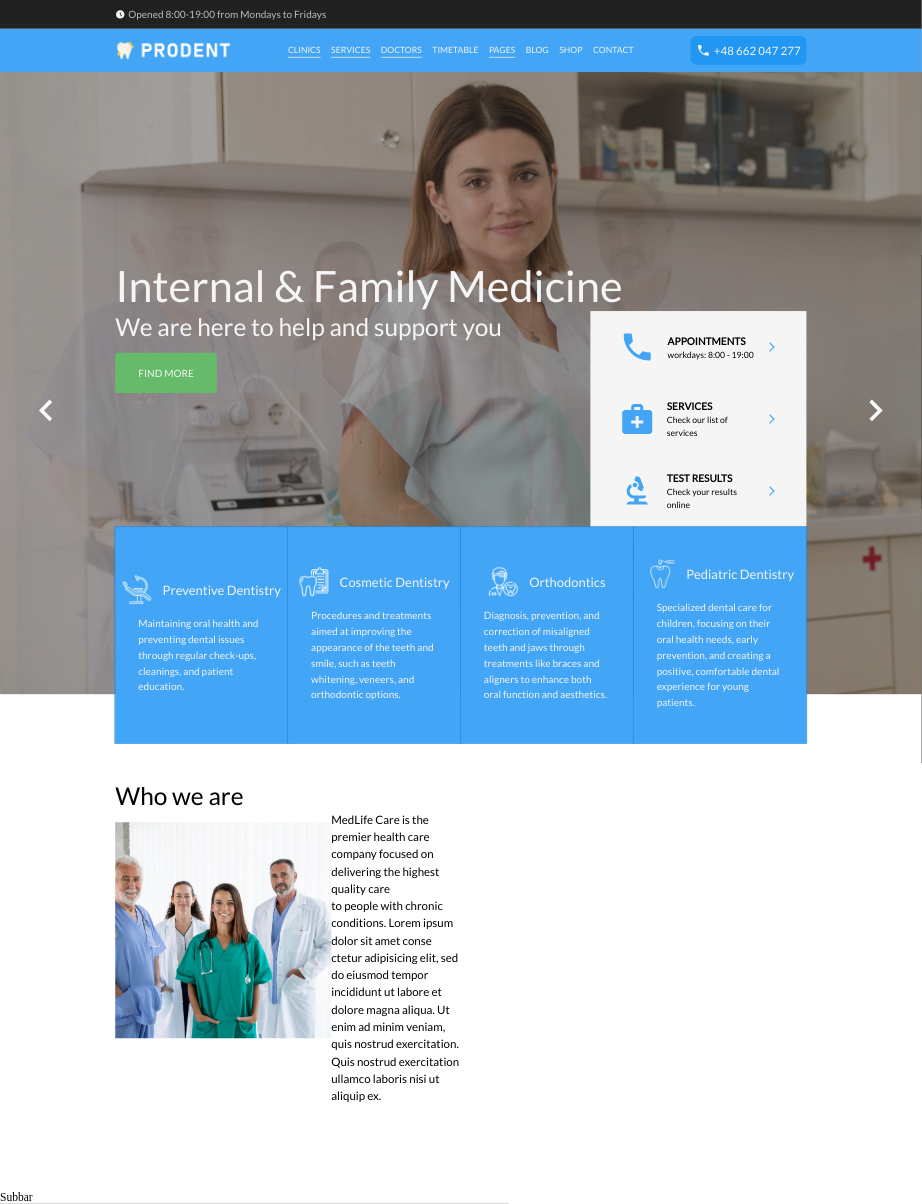
Repository: princ3-web/8
Page: /
These files come from the project's save history. The page is drawn as it stood at one moment and after a run of saves; the edit follows.
The browser window is 1280 px wide. The pictures show the whole page, at 72% of full size.
The project was rebuilt for these pictures with package versions that can differ from the ones it lists, and the page was loaded fresh each time. Also part of the build but not shown: vite.config.js, src/subpages/About.jsx, src/index.css.

Above is the page before, as saved 2023-11-02 15:17:06.

### index.html
<!doctype html>
<html lang="en">
  <head>
    <meta charset="UTF-8" />
    <link rel="icon" type="image/svg+xml" href="/vite.svg" />
    <meta name="viewport" content="width=device-width, initial-scale=1.0" />
    <title>Vite + React</title>
    <link rel="preconnect" href="https://fonts.googleapis.com">
    <link rel="preconnect" href="https://fonts.gstatic.com" crossorigin>
    <link href="https://fonts.googleapis.com/css2?family=Lato&display=swap" rel="stylesheet">
  </head>
  <body>
    <div id="root"></div>
    <script type="module" src="/src/main.jsx"></script>
  </body>
</html>

### src/App.jsx
import "./App.css";
import { Box } from "@mui/material";
import { Route, Routes } from "react-router-dom";
import Home from "./subpages/Home";
import About from "./subpages/About";
import Navbar from "./components/Navbar";
import Subbar from "./components/Subbar";
import { createTheme, ThemeProvider } from "@mui/material/styles";

function App() {

  const theme = createTheme({
    typography: {
      fontFamily: "Lato, sans-serif",
    },
  });



  return (
    <ThemeProvider theme={theme}>
    <Box>

      <Navbar />

      <Routes>
        <Route path="/" element={<Home />} />
        <Route path="/about" element={<About />} />
      </Routes>
      <Subbar />
    </Box>
    </ThemeProvider>
  );
}

export default App;

### src/App.css
body {
  padding: 0;
  margin: 0;
  overflow-x: "hidden";
}

### src/subpages/Home.jsx
import React, { useEffect, useState } from "react";
import { Box, CardMedia, Typography, Button, Fade } from "@mui/material";
import image1 from "../assets/images/1.jpg";
import image2 from "../assets/images/2.jpg";
import image3 from "../assets/images/3.jpg";
import image4 from "../assets/images/4.jpg";
import { green, grey, blue } from "@mui/material/colors";
import PhoneIcon from "@mui/icons-material/Phone";
import MedicalServicesIcon from "@mui/icons-material/MedicalServices";
import BiotechIcon from "@mui/icons-material/Biotech";
import ArrowForwardIosIcon from "@mui/icons-material/ArrowForwardIos";
import icon1 from "../assets/icons/1.png";
import icon2 from "../assets/icons/2.png";
import icon3 from "../assets/icons/3.png";
import icon4 from "../assets/icons/4.png";
import SingleCarousel from "../components/SingleCarousel";

const Menu = () => {
  const items0 = [
    {
      title: "Preventive Dentistry",
      text: "Maintaining oral health and preventing dental issues through regular check-ups, cleanings, and patient education.",
      icon: icon1,
    },
    {
      title: "Cosmetic Dentistry",
      text: "Procedures and treatments aimed at improving the appearance of the teeth and smile, such as teeth whitening, veneers, and orthodontic options.",
      icon: icon2,
    },
    {
      title: "Orthodontics",
      text: "Diagnosis, prevention, and correction of misaligned teeth and jaws through treatments like braces and aligners to enhance both oral function and aesthetics.      ",
      icon: icon3,
    },
    {
      title: "Pediatric Dentistry",
      text: "Specialized dental care for children, focusing on their oral health needs, early prevention, and creating a positive, comfortable dental experience for young patients.      ",
      icon: icon4,
    },
  ];

  const items1 = [
    {
      title: "APPOINTMENTS",
      text: "workdays: 8:00 - 19:00",
      icon: <PhoneIcon sx={{ color: blue[400], fontSize: "50px", mr: "1rem" }} />,
    },
    {
      title: "SERVICES",
      text: "Check our list of services",
      icon: <MedicalServicesIcon sx={{ color: blue[400], fontSize: "50px", mr: "1rem" }} />,
    },
    {
      title: "TEST RESULTS",
      text: "Check your results online",
      icon: <BiotechIcon sx={{ color: blue[400], fontSize: "50px", mr: "1rem" }} />,
    },
  ];

  return (
    <Box
      sx={{
        position: "absolute",
        display: "flex",
        flexDirection: "column",
        alignItems: "flex-end",
        boxSizing: "border-box",
        top: "60%",
        px: "160px",
        width: "100%",
      }}
    >
      <Box
        sx={{
          display: "flex",
          flexDirection: "column",
          justifyContent: "space-evenly",
          alignItems: "center",
          backgroundColor: grey[100],
          width: "300px",
          height: "300px",
        }}
      >
        {items1.map((item) => (
          <Box
            sx={{
              display: "flex",
              alignItems: "center",
              justifyContent: "space-between",
              width: "100%",
              height: "33%",
              boxSizing: "border-box",
              px: "40px",
              transition: "0.25s",
              ":hover": {
                backgroundColor: grey[300],
                cursor: "pointer",
              },
            }}
          >
            {item.icon}
            <Box>
              <Typography sx={{ fontSize: "14px", fontWeight: 600 }}>{item.title}</Typography>
              <Typography sx={{ fontSize: "12px" }}>{item.text}</Typography>
            </Box>
            <ArrowForwardIosIcon sx={{ color: blue[400], fontSize: "16px", ml: "1rem" }} />
          </Box>
        ))}
      </Box>
      <Box sx={{ display: "flex", width: "100%" }}>
        {items0.map((item) => (
          <Box
            sx={{
              display: "flex",
              flexDirection: "column",
              justifyContent: "center",
              alignItems: "center",
              backgroundColor: blue[400],
              width: "300px",
              height: "300px",
              outline: "1px solid " + blue[600],
              transition: "0.25s",
              ":hover": {
                backgroundColor: blue[500],
                cursor: "pointer",
              },
            }}
          >
            <Box sx={{ display: "flex", alignItems: "center", mb: "1rem" }}>
              <CardMedia
                component="img"
                src={item.icon}
                alt=""
                sx={{ width: "40px", mr: "1rem" }}
              />
              <Typography color={grey[100]} sx={{ fontSize: "18px" }}>
                {item.title}
              </Typography>
            </Box>
            <Typography color={grey[100]} variant="subtitle2" sx={{ px: "2rem" }}>
              {item.text}
            </Typography>
          </Box>
        ))}
      </Box>
    </Box>
  );
};

const Home = () => {
  const items0 = [
    {
      title: "Preventive Dentistry",
      text: "Maintaining oral health and preventing dental issues through regular check-ups, cleanings, and patient education.",
      icon: icon1,
    },
    {
      title: "Cosmetic Dentistry",
      text: "Procedures and treatments aimed at improving the appearance of the teeth and smile, such as teeth whitening, veneers, and orthodontic options.",
      icon: icon2,
    },
    {
      title: "Orthodontics",
      text: "Diagnosis, prevention, and correction of misaligned teeth and jaws through treatments like braces and aligners to enhance both oral function and aesthetics.      ",
      icon: icon3,
    },
    {
      title: "Pediatric Dentistry",
      text: "Specialized dental care for children, focusing on their oral health needs, early prevention, and creating a positive, comfortable dental experience for young patients.      ",
      icon: icon4,
    },
  ];

  const items1 = [
    {
      title: "APPOINTMENTS",
      text: "workdays: 8:00 - 19:00",
      icon: <PhoneIcon sx={{ color: blue[400], fontSize: "50px", mr: "1rem" }} />,
    },
    {
      title: "SERVICES",
      text: "Check our list of services",
      icon: <MedicalServicesIcon sx={{ color: blue[400], fontSize: "50px", mr: "1rem" }} />,
    },
    {
      title: "TEST RESULTS",
      text: "Check your results online",
      icon: <BiotechIcon sx={{ color: blue[400], fontSize: "50px", mr: "1rem" }} />,
    },
  ];

  const [currentImageIndex, setCurrentImageIndex] = useState(0);

  useEffect(() => {
    const interval = setInterval(() => {
      const nextIndex = (currentImageIndex + 1) % images.length;
      setCurrentImageIndex(nextIndex);
    }, 4000);

    return () => {
      clearInterval(interval);
    };
  }, [currentImageIndex]);

  const images = [image1, image2, image3, image4];

  return (
    <Box>
      <SingleCarousel images={images} />

      <Box sx={{ position: "absolute", top: "50%", left: "160px", zIndex: 1 }}>
        <Typography variant="h2" sx={{ color: grey[100] }}>
          Internal & Family Medicine
        </Typography>
        <Typography variant="h4" sx={{ color: grey[100] }}>
          We are here to help and support you
        </Typography>
        <Button
          sx={{
            backgroundColor: green[400],
            color: grey[100],
            py: "1rem",
            px: "2rem",
            mt: "1rem",
            "&:hover": {
              backgroundColor: green[700],
              cursor: "pointer",
            },
          }}
        >
          FIND MORE
        </Button>
      </Box>
      <Menu />
      <Box sx={{ boxSizing: "border-box", px: "160px", py: "120px" }}>
        <Typography variant="h4">Who we are</Typography>
        <Box sx={{ display: "flex",  width:"50%" }}>
          <CardMedia
            component="img"
            src={image1}
            alt=""
            sx={{ width: "300px", height: "300px", mt: "1rem" }}
          />
          <Box>
            <Typography>
              MedLife Care is the premier health care company focused on delivering the highest
              quality care
            </Typography>

          <Typography>
            to people with chronic conditions. Lorem ipsum dolor sit amet conse ctetur adipisicing
            elit, sed do eiusmod tempor incididunt ut labore et dolore magna aliqua. Ut enim ad
            minim veniam, quis nostrud exercitation. Quis nostrud exercitation ullamco laboris nisi
            ut aliquip ex.
          </Typography>
          </Box>
        </Box>
      </Box>
    </Box>
  );
};

export default Home;

### src/components/Navbar.jsx
import React from "react";
import { Box, Typography, CardMedia, Menu, MenuItem } from "@mui/material";
import { blue, grey } from "@mui/material/colors";
import PhoneIcon from "@mui/icons-material/Phone";
import AccessTimeFilledIcon from "@mui/icons-material/AccessTimeFilled";
import logo from "../assets/icons/logo.png";

const Navbar = () => {
  const items = [
    { name: "CLINICS", items: ["Dental Clinic 1", "Dental Clinic 2", "Dental Clinic 3"] },
    { name: "SERVICES", items: ["Orthodontics", "Cosmetic Dentistry", "Preventive Dentistry"] },
    { name: "DOCTORS", items: ["Dentist 1", "Dentist 2", "Dentist 3"] },
    { name: "TIMETABLE", items: [] },
    { name: "PAGES", items: ["Home Page", "About Us", "Services Page"] },
    { name: "BLOG", items: [] },
    { name: "SHOP", items: [] },
    {
      name: "CONTACT",
      items: [],
    },
  ];

  const handleMenuItemHover = (event, index) => {
    const dropdownMenu = event.currentTarget.querySelector(".dropdown-menu");
    if (dropdownMenu) {
      dropdownMenu.style.visibility = "visible";
      dropdownMenu.style.filter = "opacity(1)";
    }
  };

  const handleMenuItemLeave = (event) => {
    const dropdownMenu = event.currentTarget.querySelector(".dropdown-menu");
    if (dropdownMenu) {
      dropdownMenu.style.visibility = "hidden";
      dropdownMenu.style.filter = "opacity(0)";
    }
  };

  return (
    <Box sx={{ position: "relative", zIndex: 2 }}>
      <Box
        sx={{
          display: "flex",
          alignItems: "center",
          height: "40px",
          width: "100%",
          backgroundColor: grey[900],
          pl: "160px",
          boxSizing: "border-box",
        }}
      >
        <AccessTimeFilledIcon sx={{ color: grey[100], fontSize: "14px", mr: "0.25rem" }} />
        <Typography color={grey[400]} variant="subtitle2">
          Opened 8:00-19:00 from Mondays to Fridays
        </Typography>
      </Box>
      <Box
        sx={{
          display: "flex",
          justifyContent: "space-between",
          alignItems: "center",
          boxSizing: "border-box",
          px: "160px",
          backgroundColor: blue[400],
          height: "60px",
        }}
      >
        <Box>
          <CardMedia component="img" src={logo} alt="" sx={{ height: "30px" }} />
        </Box>
        <Box
          sx={{
            display: "flex",
            justifyContent: "space-between",
            alignItems: "center",
            width: "50%",
            height: "100%",
          }}
        >
          {items.map((item, index) => (
            <Box
              key={index}
              onMouseEnter={(e) => handleMenuItemHover(e, index)}
              onMouseLeave={handleMenuItemLeave}
              sx={{ display: "flex", alignItems: "center", height: "100%" }}
            >
              <Typography
                sx={{
                  color: grey[100],
                  textDecoration: item.items.length < 1 ? "none" : "underline",
                  textUnderlineOffset:"5px",
                  fontSize: "12px",
                  ":hover": { cursor: "pointer", color: blue[100] },
                }}
              >
                {item.name}
              </Typography>
              <Box
                className="dropdown-menu"
                sx={{
                  visibility: "hidden",
                  position: "absolute",
                  backgroundColor: grey[100],
                  transition: "0.5s",
                  filter: "opacity(0)",
                  fontSize: "12px",
                  mt: "190px",
                  ml: "-10px",
                  py:"0.5rem",
                }}
              >
                {item.items.map((item) => (

                  <MenuItem sx={{ fontSize: "12px", p:"1rem", pr:"7rem" }}>{item}</MenuItem>
                ))}
              </Box>
            </Box>
          ))}
        </Box>
        <Box
          sx={{
            display: "flex",
            alignItems: "center",
            p: "0.5rem",
            borderRadius: ".5rem",
            backgroundColor: blue[500],
          }}
        >
          <PhoneIcon sx={{ color: grey[100], fontSize: "20px", mr: "0.25rem" }} />
          <Typography color={grey[100]}>+48 662 047 277</Typography>
        </Box>
      </Box>
    </Box>
  );
};

export default Navbar;

### src/components/Subbar.jsx
import React from 'react'

const Subbar = () => {
  return (
    <div>Subbar</div>
  )
}

export default Subbar

### src/components/SingleCarousel.jsx
import React, { useState, useEffect } from "react";
import KeyboardArrowLeftIcon from "@mui/icons-material/KeyboardArrowLeft";
import KeyboardArrowRightIcon from "@mui/icons-material/KeyboardArrowRight";
import IconButton from "@mui/material/IconButton";
import Box from "@mui/material/Box";
import { grey } from "@mui/material/colors";
import { CardMedia } from "@mui/material";

const SingleCarousel = ({ images }) => {
  const [index, setIndex] = useState(0);
  const [transition, setTransition] = useState(false);
  const [hover, setHover] = useState(false);

  useEffect(() => {
    const interval = setInterval(() => {
      setIndex((state) => (state === images.length - 1 ? 0 : state + 1));
    }, 5000);

    return () => {
      clearInterval(interval);
    };
  }, [hover]);

  const handlePrevious = () => {
    if (!transition) {
      setTransition(true);
      setIndex((state) => (state > 0 ? setIndex(state - 1) : setIndex(images.length - 1)));
      setTimeout(() => setTransition(false), 500);
    }
  };

  const handleNext = () => {
    if (!transition) {
      setTransition(true);
      setIndex((state) => (state < images.length - 1 ? setIndex(state + 1) : setIndex(0)));
      setTimeout(() => setTransition(false), 500);
    }
  };

  return (
    <Box height={"120vh"} sx={{ position: "relative", overflow: "hidden", backgroundColor: grey[900] }}>
      {images.map((item, n) => (
        <Box
          sx={{
            position: "absolute",
            justifyContent: "center",
            alignContent: "center",
            width: "100%",
            height: "100%",
            transition: "2s",
            filter: n === index ? "Opacity(1)" : "Opacity(0)",
          }}
        >
          <CardMedia
            component="img"
            src={item}
            sx={{ height: "100%", filter: "brightness(0.8)" }}
          />

        </Box>
      ))}
      <Box
        sx={{
          position: "absolute",
          display: "flex",
          justifyContent: "space-between",
          width: "96%",
          left: "2%",
          top: "50%",
        }}
      >
        <IconButton
          onClick={handlePrevious}
          onMouseOver={() => setHover(true)}
          onMouseLeave={() => setHover(false)}
        >
          <KeyboardArrowLeftIcon style={{ color: grey[50], zIndex: 10, fontSize: 60 }} />
        </IconButton>
        <IconButton
          onClick={handleNext}
          onMouseOver={() => setHover(true)}
          onMouseLeave={() => setHover(false)}
        >
          <KeyboardArrowRightIcon style={{ color: grey[50], zIndex: 10, fontSize: 60 }} />
        </IconButton>
      </Box>
    </Box>
  );
};

export default SingleCarousel;

Loaded but not shown: src/main.jsx (common file); src/index.css (no copy from this time; the picture is the same without it)

After the next 6 saves:
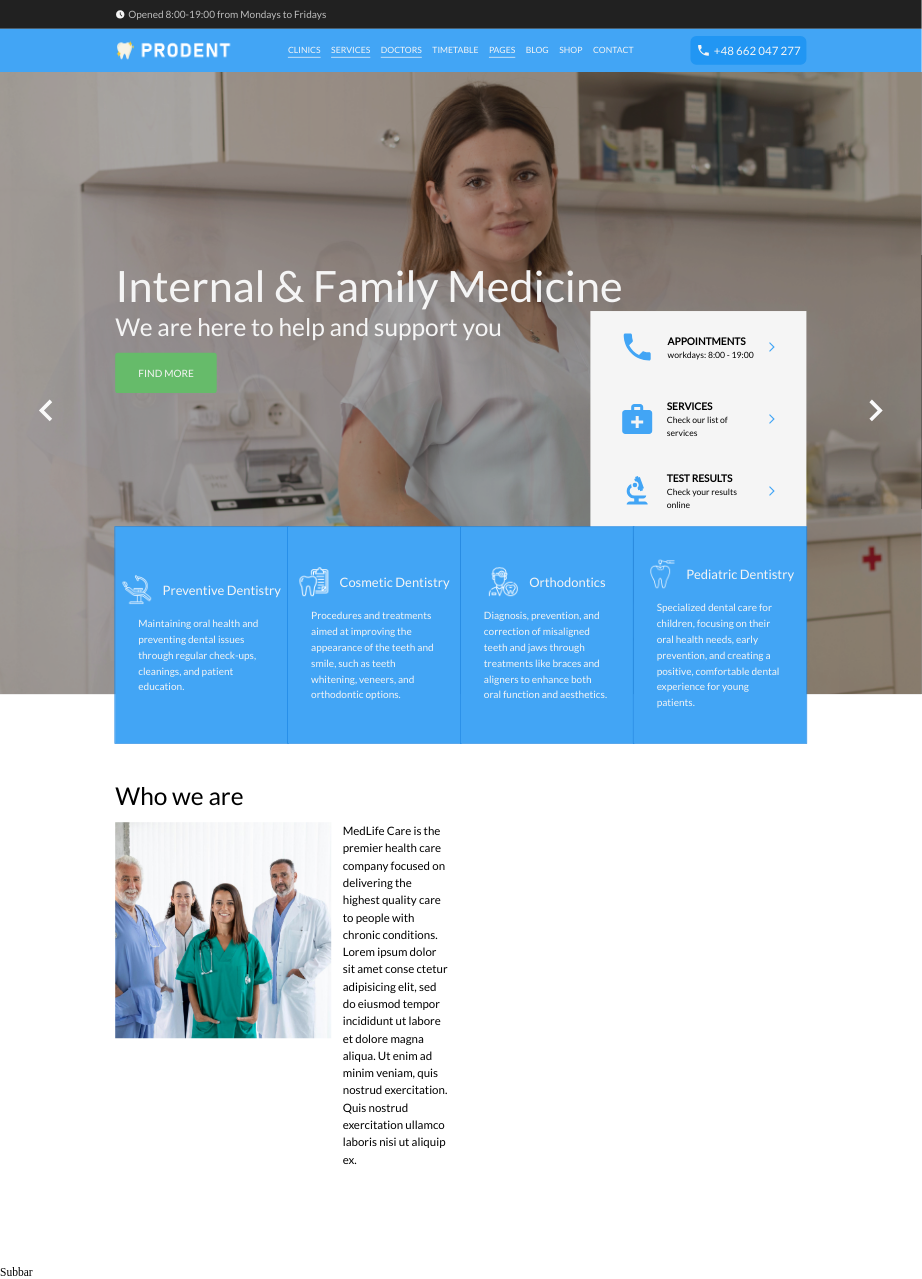
The 6 saves are shown as one change because they came seconds apart.
The last was saved 9 s later.
--- a/src/subpages/Home.jsx
+++ b/src/subpages/Home.jsx
@@ -241,7 +241,7 @@ const Home = () => {
             alt=""
             sx={{ width: "300px", height: "300px", mt: "1rem" }}
           />
-          <Box>
+          <Box sx={{p:"1rem"}}>
             <Typography>
               MedLife Care is the premier health care company focused on delivering the highest
               quality care
